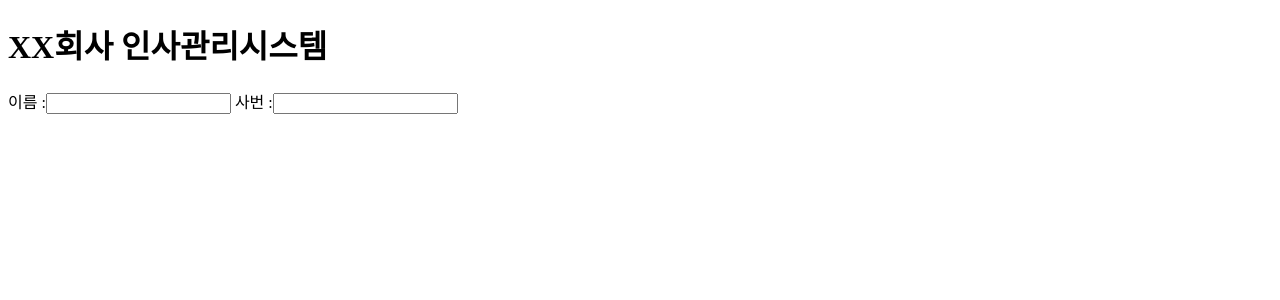
Repository: BangHoJung/jsp2
Page: http://localhost/EmployeeProject/login.jsp
These files come from the project's save history. The page is drawn as it stood at one moment and after the next save; the edit follows.
The browser window is 1280 px wide. The pictures show the whole page.
The page is served by Tomcat 9. Other server files are loaded and not shown.

Above is the page before, as saved 2021-01-15 06:24:27.

### EmployeeProject/WebContent/login.jsp
<%@ page language="java" contentType="text/html; charset=UTF-8"
    pageEncoding="UTF-8"%>
<!DOCTYPE html>
<html>
<head>
<meta charset="UTF-8">
<title>Insert title here</title>
</head>
<body>
	<h1>XX회사 인사관리시스템</h1>
	<form action="">
		이름 :<input type="text" name="name">
		사번 :<input type="text" name="eno">
	</form>
</body>
</html>

After the next save:
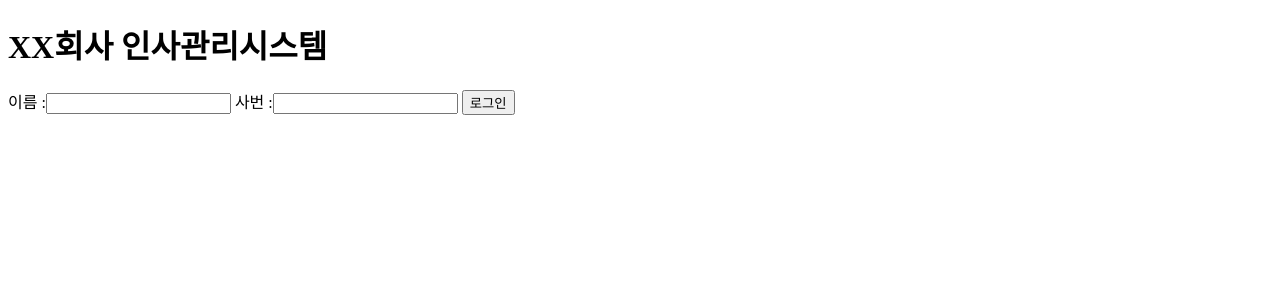
Saved 8 s later.
--- a/EmployeeProject/WebContent/login.jsp
+++ b/EmployeeProject/WebContent/login.jsp
@@ -11,6 +11,7 @@
 	<form action="">
 		이름 :<input type="text" name="name">
 		사번 :<input type="text" name="eno">
+		<button>로그인</button>
 	</form>
 </body>
 </html>
